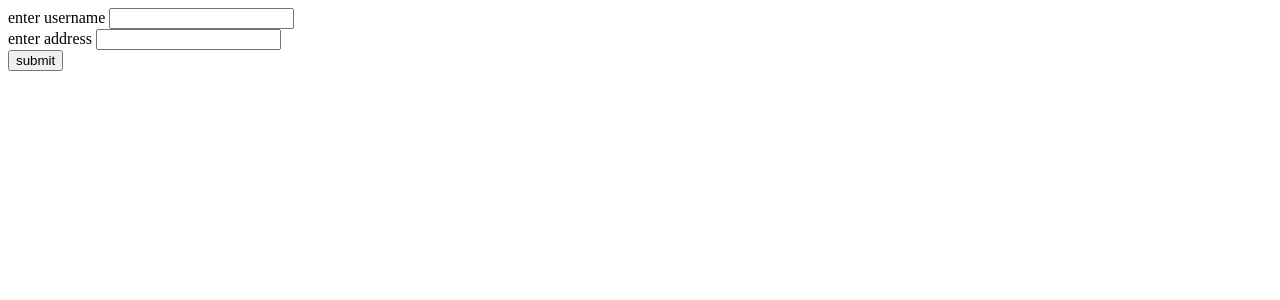
Repository: nihargowda/advancejavaBackend
Page: facebook/facebook/index.html
These files come from the project's save history. The page is drawn as it stood at one moment and after the next save; the edit follows.
The browser window is 1280 px wide. The pictures show the whole page.

Above is the page before, as saved 2020-10-19 15:18:30.

### facebook/facebook/index.html
<!DOCTYPE html>
<html>
<head>
<meta charset="UTF-8">
<title>Insert title here</title>
</head>
<body>
<form action="/facebook/gethandler" method="get">
enter username <input type="text" name="username"><br>
enter address <input type="text" name= "address"><br>
<input type="submit" name="submit" value="submit"><br>
</form>
</body>
</html>

After the next save:
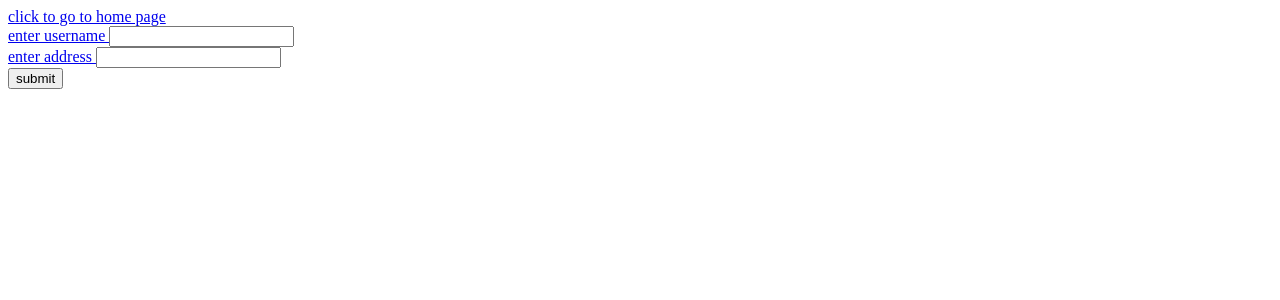
Saved 3 min 43 s later.
--- a/facebook/facebook/index.html
+++ b/facebook/facebook/index.html
@@ -5,7 +5,8 @@
 <title>Insert title here</title>
 </head>
 <body>
-<form action="/facebook/gethandler" method="get">
+<a href ="/facebook/gethandler?username=nihar&address=bangalore">click to go to home page
+<form action="/facebook/posthandler" method="post">
 enter username <input type="text" name="username"><br>
 enter address <input type="text" name= "address"><br>
 <input type="submit" name="submit" value="submit"><br>
